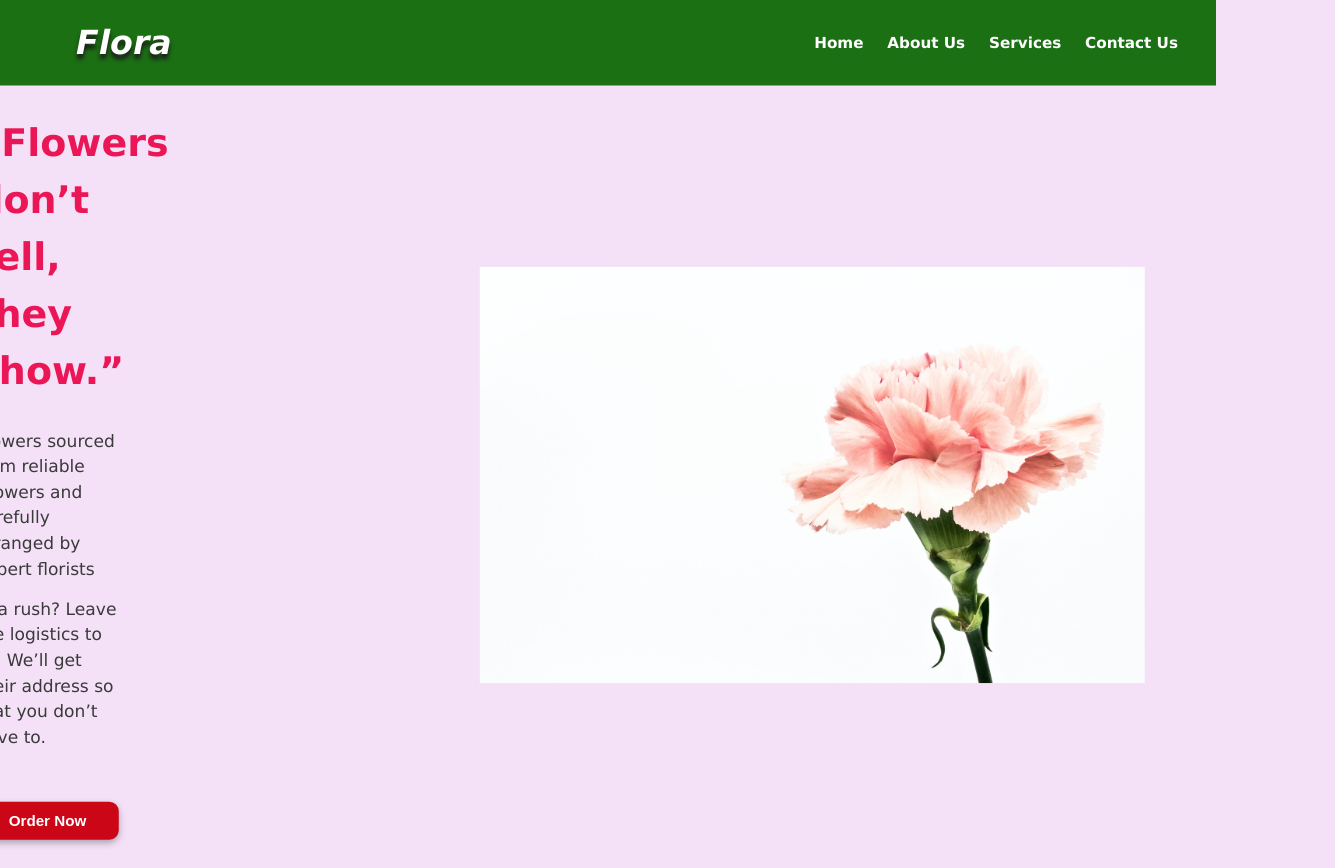
Repository: SaadYasin/test003-flex-box
Page: index.html
The author's editor kept a copy of each file at every save. The page is drawn from the files as they stood at one save, then again after a run of saves.
The browser window is 1280 px wide. The page is 1405 px wide, so the pictures cover 1405 px, including what lies to the right of the window. The pictures show the whole page, at 95% of full size.

Above is the page before, as saved 2022-10-27 20:40:05.

After the next 2 saves:
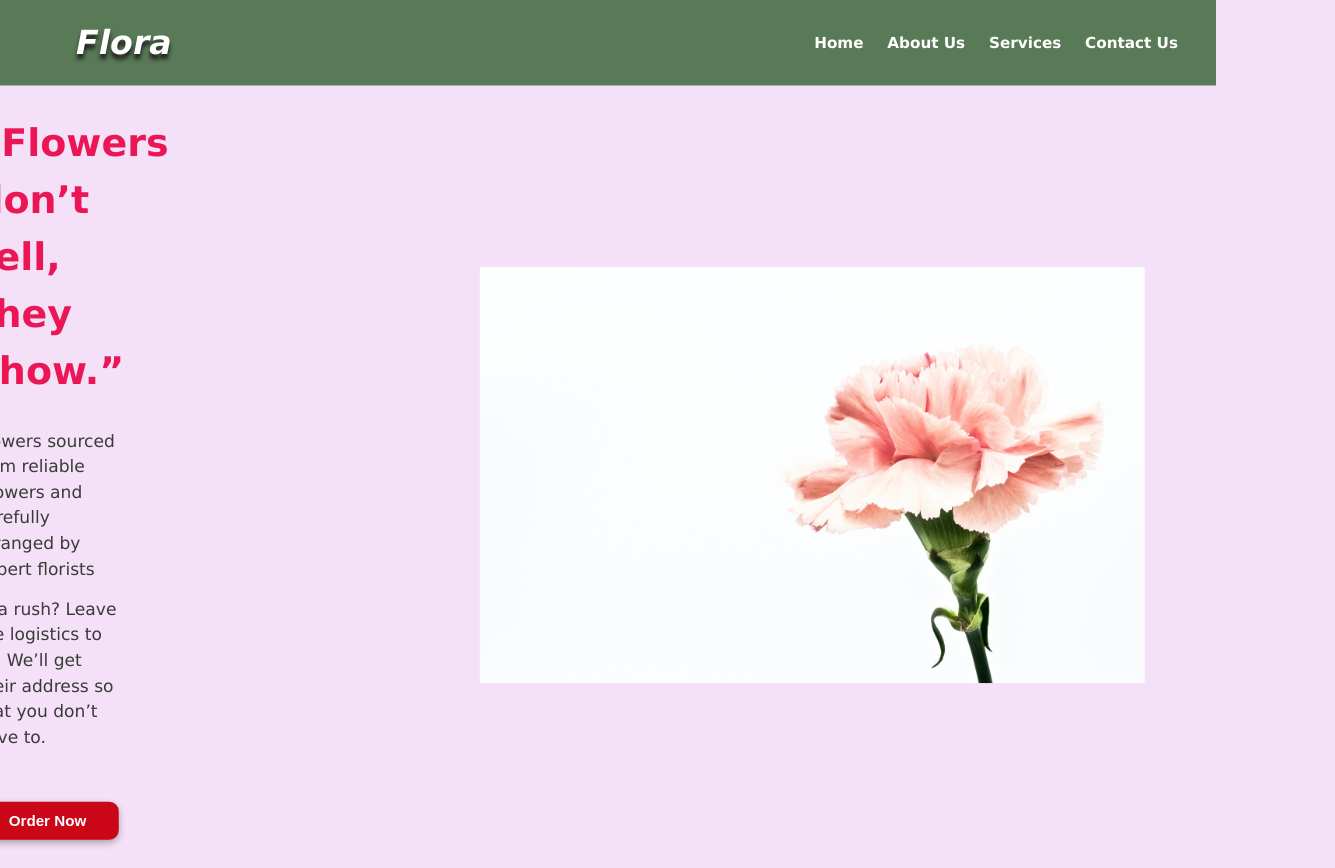
The 2 saves are shown as one change because they came seconds apart.
The last was saved 8 s later.
--- a/styles.css
+++ b/styles.css
@@ -13,7 +13,7 @@ body {
   display: flex;
   justify-content: space-between;
   align-items: center;
-  background: rgb(28, 112, 20);
+  background: rgb(89, 122, 86);
   height: 90px;
   padding: 20px;
 }
